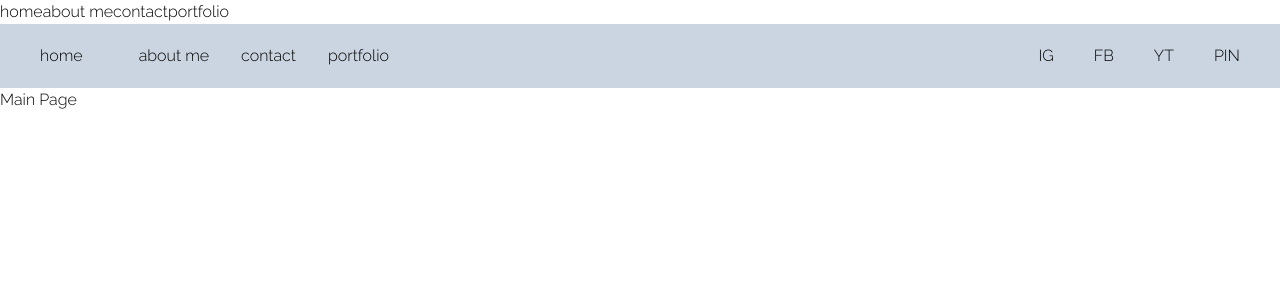
Repository: hubertrh/klaudia-personal-next
Page: /
An editor plug-in stored every save of this project. The page is shown before and after the next save, followed by the edit.
The browser window is 1280 px wide. The pictures show the whole page.
The project was rebuilt for these pictures with package versions that can differ from the ones it lists, and the page was loaded fresh each time. The framework's server and built-in components were replaced by stand-ins that run in the browser. Also part of the build but not shown: next.config.js.

Above is the page before, as saved 2023-08-11 13:39:48.

After the next save:
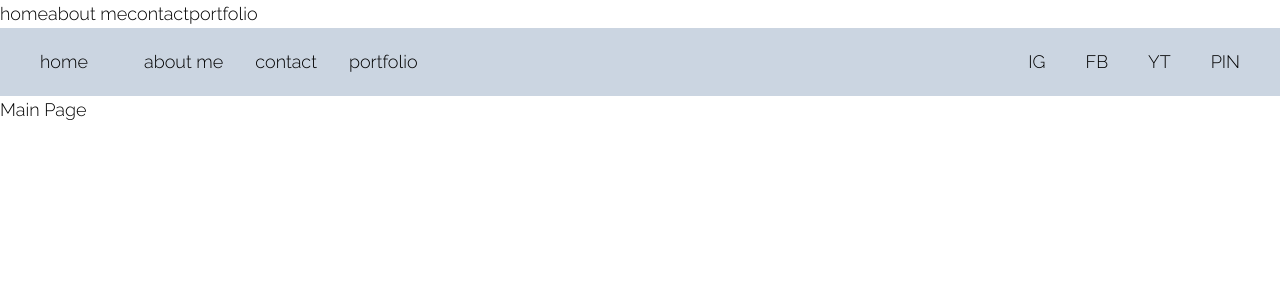
Saved 2 min 32 s later.
--- a/app/(site)/layout.tsx
+++ b/app/(site)/layout.tsx
@@ -17,7 +17,7 @@ export default function RootLayout({
 }) {
   return (
     <html lang="en">
-      <body className={raleway.className}>
+      <body className={`${raleway.className} text-lg`}>
         <header className="flex justify-between bg-slate-300 px-10 py-5">
           <nav>
             <Link className="nav-link !pr-14" href="#!">
